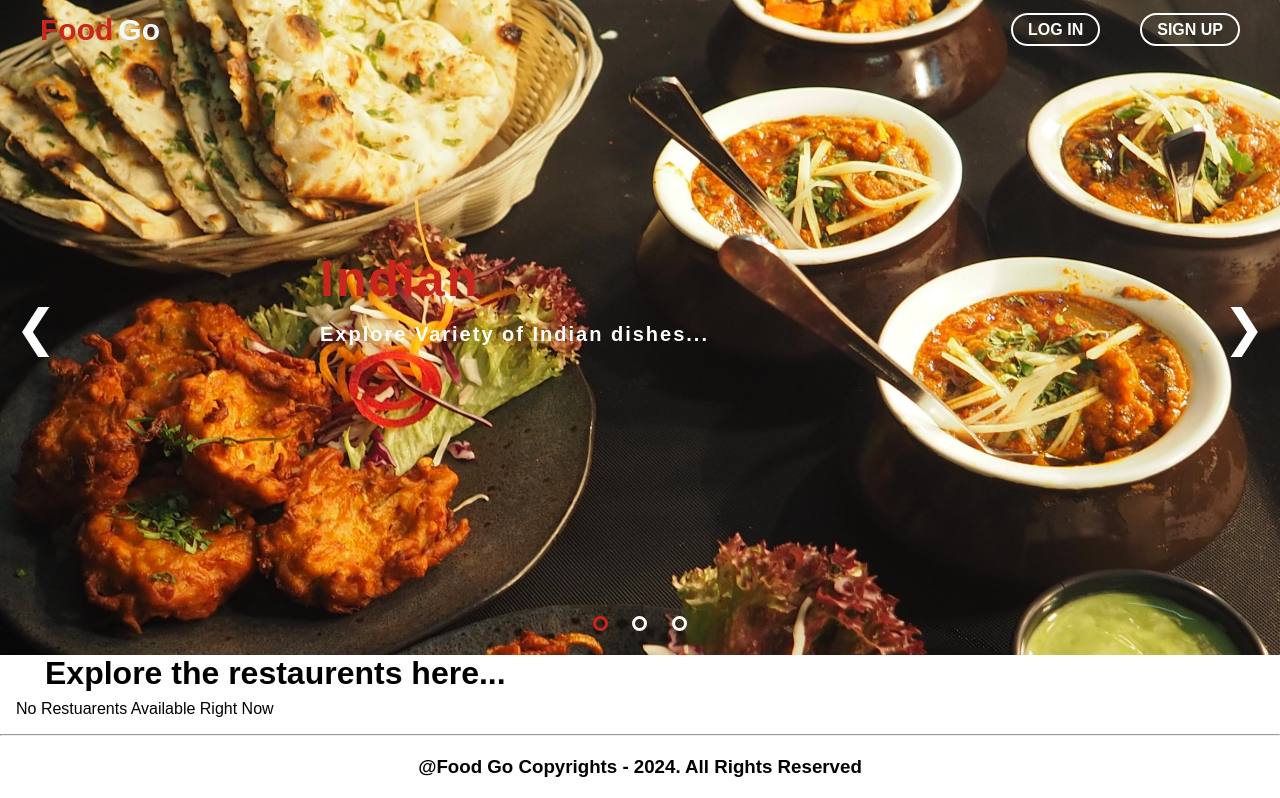
Repository: SWATHIBHUMA/FoodDelivaryApp
Page: http://localhost/FoodDelivaryApp/
The author's editor kept a copy of each file at every save. The page is drawn from the files as they stood at one save, then again after the next save.
The browser window is 1280 px wide. The pictures show the whole page.
The page is served by Tomcat 9. The template is opened directly, without the code that normally fills it, so the values that code supplies are empty.

Above is the page before, as saved 2024-01-14 07:45:46.

After the next save:
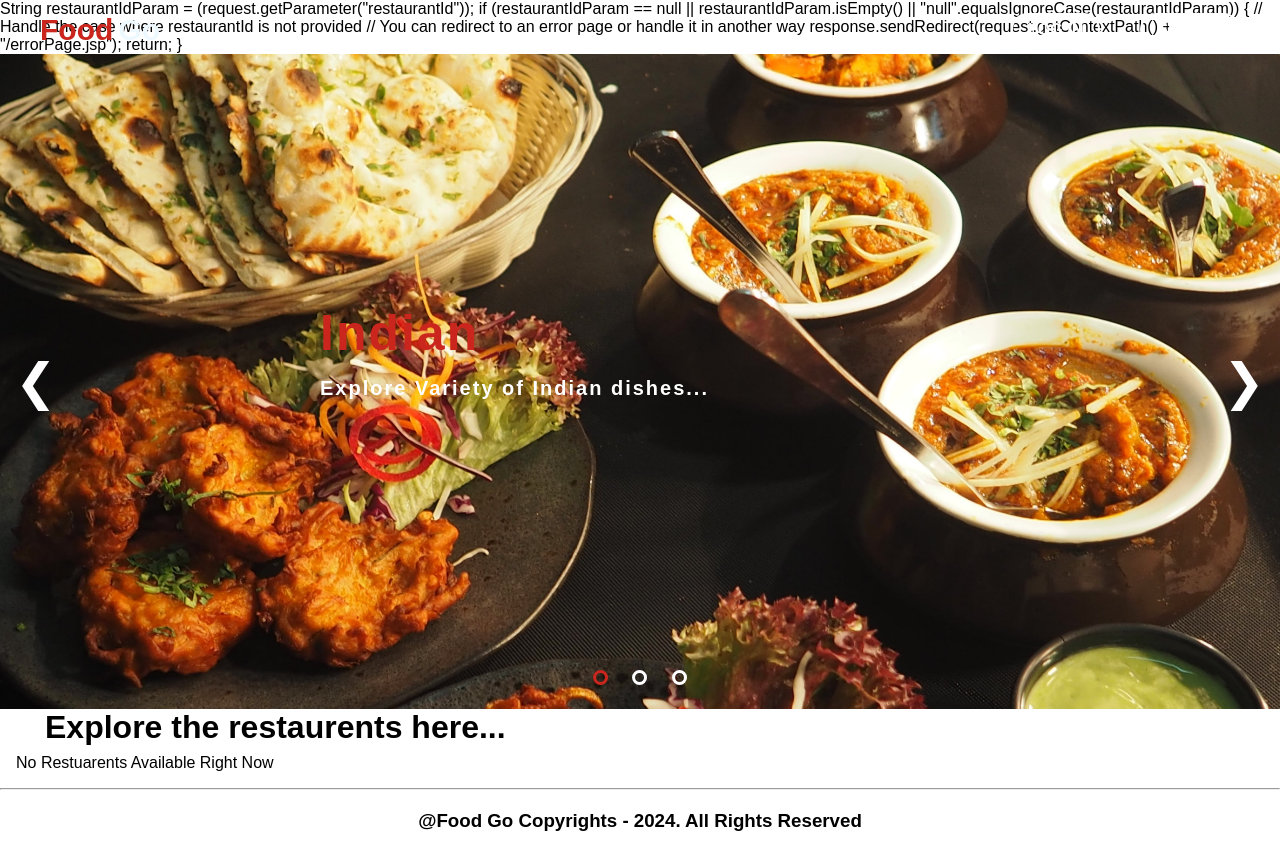
Saved 19 min 54 s later.
--- a/FoodDelivaryApp/src/main/webapp/Restaurents.jsp
+++ b/FoodDelivaryApp/src/main/webapp/Restaurents.jsp
@@ -2,6 +2,14 @@
 	pageEncoding="UTF-8"%>
 <%@ page import="java.util.List" %>
 <%@ page import="com.foodDelivaryApp.model.Restaurent" %>
+
+String restaurantIdParam = (request.getParameter("restaurantId"));
+if (restaurantIdParam == null || restaurantIdParam.isEmpty() || "null".equalsIgnoreCase(restaurantIdParam)) {
+            // Handle the case where restaurantId is not provided
+            // You can redirect to an error page or handle it in another way
+            response.sendRedirect(request.getContextPath() + "/errorPage.jsp");
+            return;
+        }
 
 <!DOCTYPE html>
 <html>
